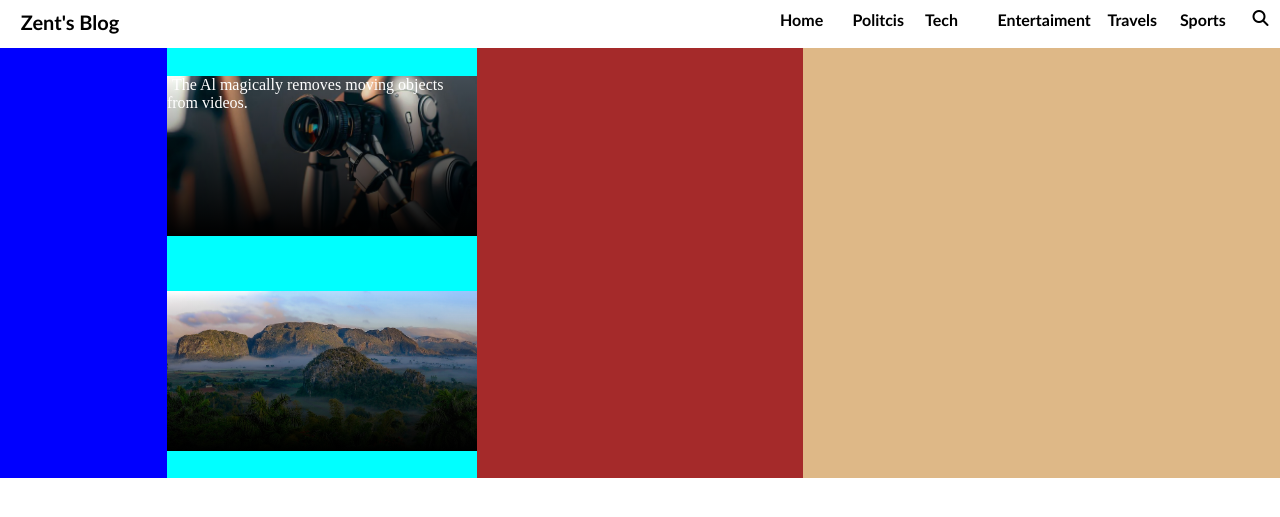
Repository: giacatdat2k5/html3
Page: html3.vs/7.1.html
These files come from the project's save history. The page is drawn as it stood at one moment and after the next save; the edit follows.
The browser window is 1280 px wide. The pictures show the whole page.

Above is the page before, as saved 2023-09-27 13:57:32.

After the next save:
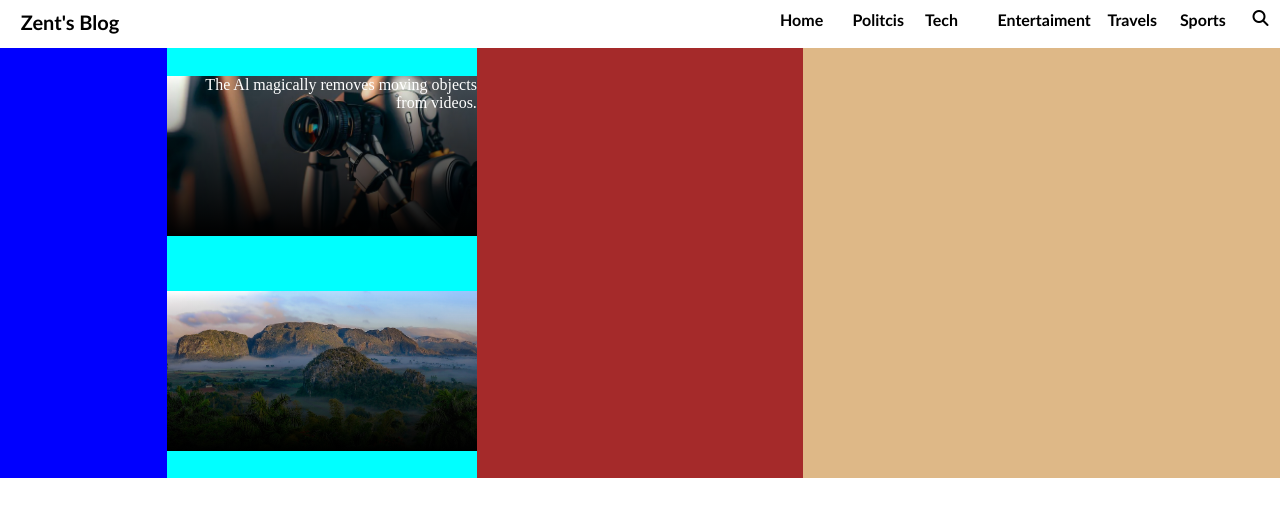
Saved 21 s later.
--- a/html3.vs/7.1.css
+++ b/html3.vs/7.1.css
@@ -86,5 +86,6 @@
     background: linear-gradient(to bottom, transparent, rgba(0, 0, 0, 1));
     color:white;
     text-indent: 5px;
+    text-align: end;
 }
 }

After the save that followed:
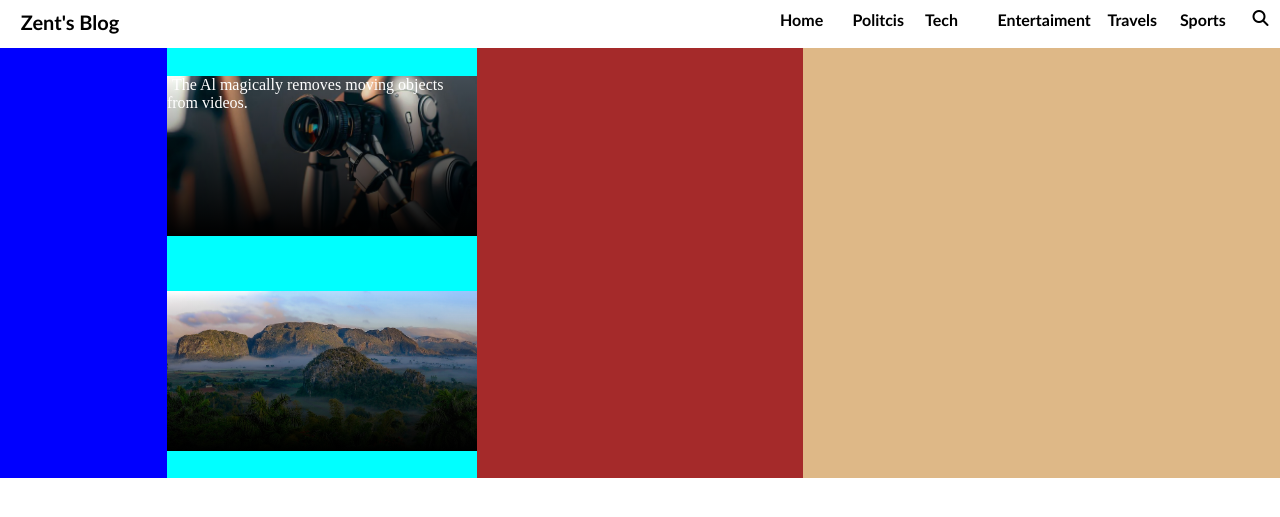
Saved 15 s later.
--- a/html3.vs/7.1.css
+++ b/html3.vs/7.1.css
@@ -86,6 +86,6 @@
     background: linear-gradient(to bottom, transparent, rgba(0, 0, 0, 1));
     color:white;
     text-indent: 5px;
-    text-align: end;
+    text-align: bottom;
 }
 }
